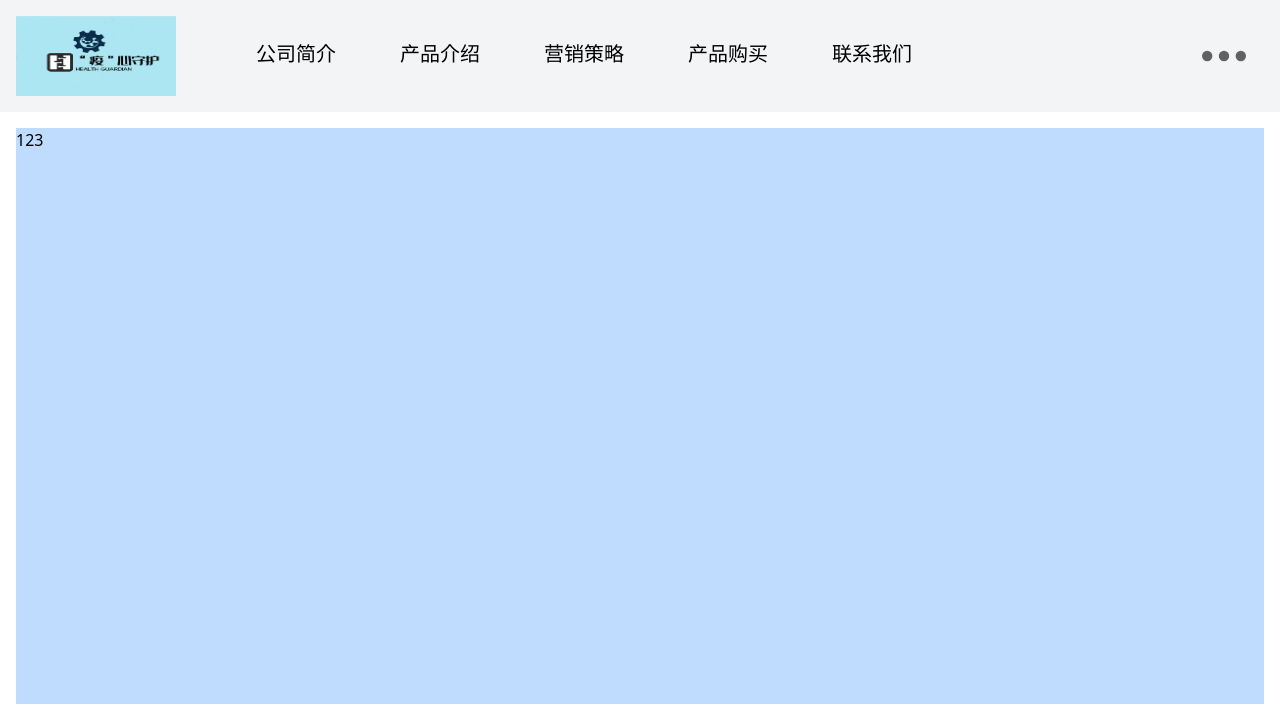
Repository: LiuRuohui/company_introduction
Page: /#/introduction
An editor plug-in stored every save of this project. The page is shown before and after the next save, followed by the edit.
The browser window is 1280 px wide. The pictures show the whole page.
The project was rebuilt for these pictures with package versions that can differ from the ones it lists, and the page was loaded fresh each time. Also part of the build but not shown: vite.config.js, src/components/product.vue, src/components/purchase.vue, src/components/strategy.vue, src/components/contact.vue, src/components/public.vue.

Above is the page before, as saved 2022-05-09 23:26:38.

### index.html
<!DOCTYPE html>
<html lang="en">
  <head>
    <meta charset="UTF-8" />
    <link rel="icon" href="/favicon.ico" />
    <meta name="viewport" content="width=device-width, initial-scale=1.0" />
    <title>COMPANY_INTRODUCTION</title>
  </head>
  <body>
    <div id="app"></div>
    <script type="module" src="/src/main.js"></script>
  </body>
</html>

### src/main.js
import { createApp } from 'vue'
import "./index.css";
//引入路由器
import router from '../src/router/route.js'

import App from './App.vue'

const app = createApp(App);
app.use(router);
app.mount('#app');

### src/index.css
/* ./src/index.css */

@tailwind base;
@tailwind components;
.inputFrame {
  @apply w-full content-center text-base px-4 py-2 border-b rounded-2xl border-gray-300;
}

.inputFrame:focus {
  @apply outline-none border-indigo-500;
}

.btn {
  @apply w-full flex justify-center bg-gradient-to-r from-indigo-500 to-blue-600 text-gray-100 p-4 rounded-full tracking-wide font-semibold shadow-lg cursor-pointer transition ease-in duration-500;
}

.btn:hover {
  @apply bg-gradient-to-l from-blue-500 to-indigo-600;
}

.label {
  @apply ml-3 text-sm font-bold text-gray-700 tracking-wide;
}

@tailwind utilities;

### src/router/route.js
import { createRouter, createWebHashHistory } from "vue-router";
//引入组件
import Introduction from "../components/introduction.vue"
import Product from "../components/product.vue"
import Purchase from "../components/purchase.vue"
import Strategy from "../components/strategy.vue"
import Contact from "../components/contact.vue"

const route = [
    {
        path:'/introduction',
        component:Introduction
    },
    {
        path:'/product',
        component:Product
    },
    {
        path:'/strategy',
        component:Strategy
    },
    {
        path:'/purchase',
        component:Purchase
    },
    {
        path:'/contact',
        component:Contact
    },
]

// 创建路由对象
const router = createRouter({
    history: createWebHashHistory(),
    routes: route
  });


export default router

### src/App.vue
<script setup>
import Public from './components/public.vue';
import MainPage from './components/mainPage.vue';
// This starter template is using Vue 3 <script setup> SFCs
// Check out https://vuejs.org/api/sfc-script-setup.html#script-setup

</script>

<template>
<MainPage></MainPage>
</template>

<style>

</style>

### src/components/introduction.vue
<script setup>

</script>

<template>
<div class="w-full m-4 flex flex-row bg-red-200 ">
    <div class="flex">

    </div>
    <div class="flex flex-grow bg-blue-200">
123
    </div>
</div>
</template>

### src/components/mainPage.vue
<script setup></script>

<template>
    <div class="max-h-full min-h-screen w-full flex flex-col bg-white">
        <div class="w-full h-28 flex flex-row bg-gray-100">
            <div class="h-full">
                <img
                    src="/src/assets/logo.png"
                    alt="公司图标"
                    class="h-20 m-4 w-40"
                />
            </div>
            <div class="flex font-sans text-xl ml-8">
                <router-link
                    active-class="active"
                    to="/introduction"
                    class="px-8 pt-10 hover:cursor-pointer hover:bg-blue-300"
                    >公司简介</router-link
                >
                <router-link
                    active-class="active"
                    to="/product"
                    class="px-8 pt-10 hover:cursor-pointer hover:bg-blue-300"
                    >产品介绍</router-link
                >
                <router-link
                    active-class="active"
                    to="/strategy"
                    class="px-8 pt-10 hover:cursor-pointer hover:bg-blue-300"
                    >营销策略</router-link
                >
                <router-link
                    active-class="active"
                    to="/purchase"
                    class="px-8 pt-10 hover:cursor-pointer hover:bg-blue-300"
                    >产品购买</router-link
                >
                <router-link
                    active-class="active"
                    to="/contact"
                    class="px-8 pt-10 hover:cursor-pointer hover:bg-blue-300"
                    >联系我们</router-link
                >
            </div>
            <div class="flex flex-grow flex-row-reverse">
                <img
                    src="/src/assets/more.svg"
                    alt="更多"
                    class="w-16 h-16 opacity-60 mt-6 mr-6 hover:cursor-pointer"
                />
            </div>
        </div>
        <div class="w-full flex flex-grow">
            <router-view></router-view>
        </div>
    </div>
</template>

<style></style>

### tailwind.config.js
module.exports = {
  content: [
      "./index.html",
      "./src/**/*.{vue,js,ts,jsx,tsx}",
  ],
  theme: {
      extend: {},
  },
  plugins: [],
}

After the next save:
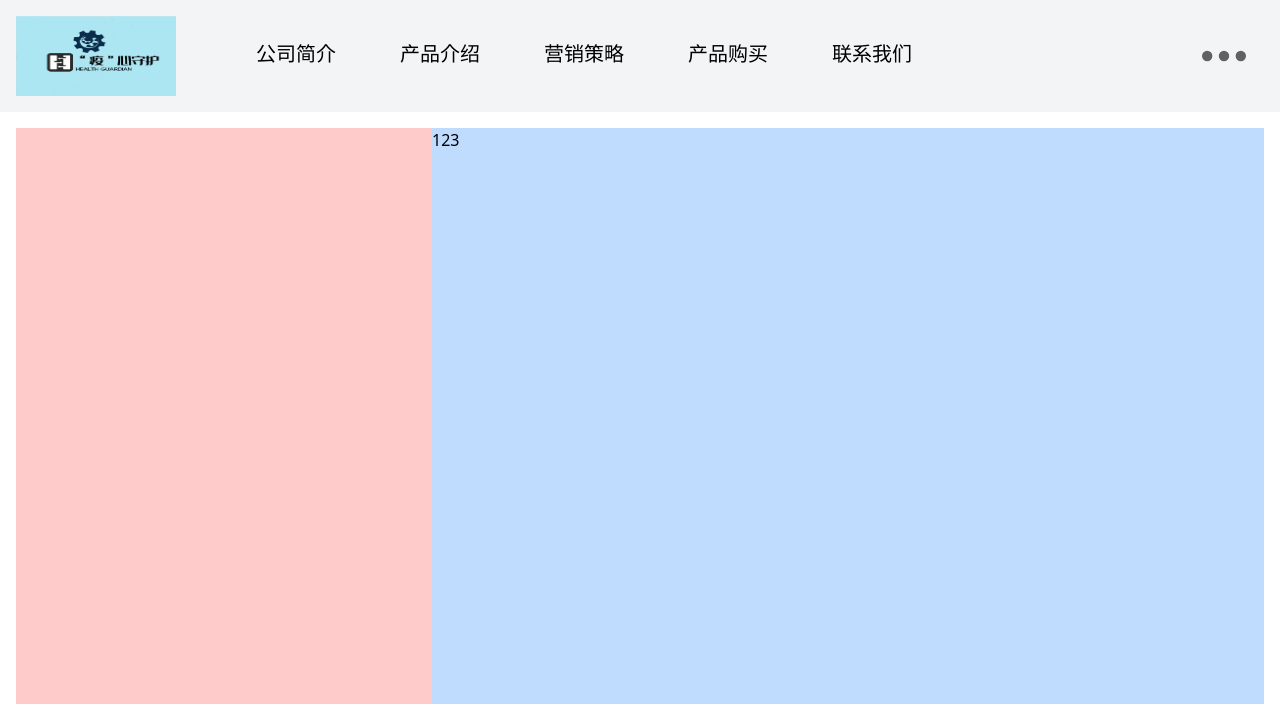
Saved 10 s later.
--- a/src/components/introduction.vue
+++ b/src/components/introduction.vue
@@ -4,7 +4,7 @@
 
 <template>
 <div class="w-full m-4 flex flex-row bg-red-200 ">
-    <div class="flex">
+    <div class="flex h-full w-1/3 bg-black-200">
 
     </div>
     <div class="flex flex-grow bg-blue-200">
